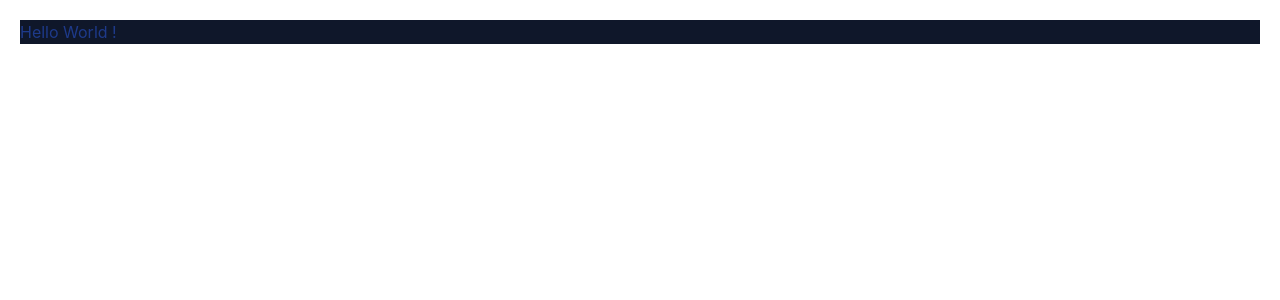
Repository: wogml3270/react-test-server
Page: /
An editor plug-in stored every save of this project. The page is shown before and after the next save, followed by the edit.
The browser window is 1280 px wide. The pictures show the whole page.
The project was rebuilt for these pictures with package versions that can differ from the ones it lists, and the page was loaded fresh each time. Also part of the build but not shown: src/App.css.

Above is the page before, as saved 2022-08-04 20:18:26.

### src/index.js
import React from 'react';
import ReactDOM from 'react-dom/client';
import './index.css';
import App from './App';
import reportWebVitals from './reportWebVitals';
import './tailwind.css';

const root = ReactDOM.createRoot(document.getElementById('root'));
root.render(
  <React.StrictMode>
    <App />
  </React.StrictMode>
);

// If you want to start measuring performance in your app, pass a function
// to log results (for example: reportWebVitals(console.log))
// or send to an analytics endpoint. Learn more: https://bit.ly/CRA-vitals
reportWebVitals();

### src/App.js

import './App.css';

function App() {
  return (
    <>
      <div className="">
        <h1 className="text-blue-900 m-5 bg-slate-900">Hello World !</h1>
      </div>
    </>
  );
}

export default App;

### src/tailwind.css
/* src/tailwind.css */

@tailwind base;
@tailwind components;
@tailwind utilities;

### tailwind.config.js
// tailwindcss.config.js

module.exports = {
    content: ['./src/**/*.{js,jsx,ts,tsx}', './public/index.html'],
    theme: {
        extend: {},
    },
    plugins: [],
};

Loaded but not shown: public/index.html (common file); src/index.css (common file); src/reportWebVitals.js (common file)

After the next save:
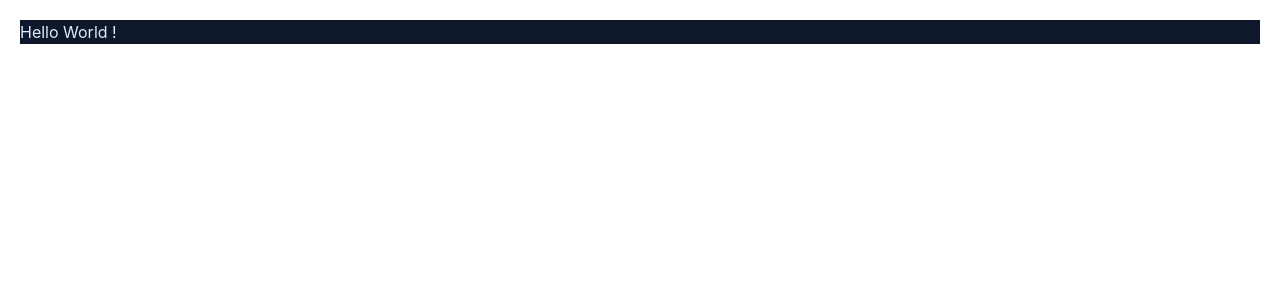
Saved 7 s later.
--- a/src/App.js
+++ b/src/App.js
@@ -5,7 +5,7 @@ function App() {
   return (
     <>
       <div className="">
-        <h1 className="text-blue-900 m-5 bg-slate-900">Hello World !</h1>
+        <h1 className="text-blue-100 m-5 bg-slate-900">Hello World !</h1>
       </div>
     </>
   );
